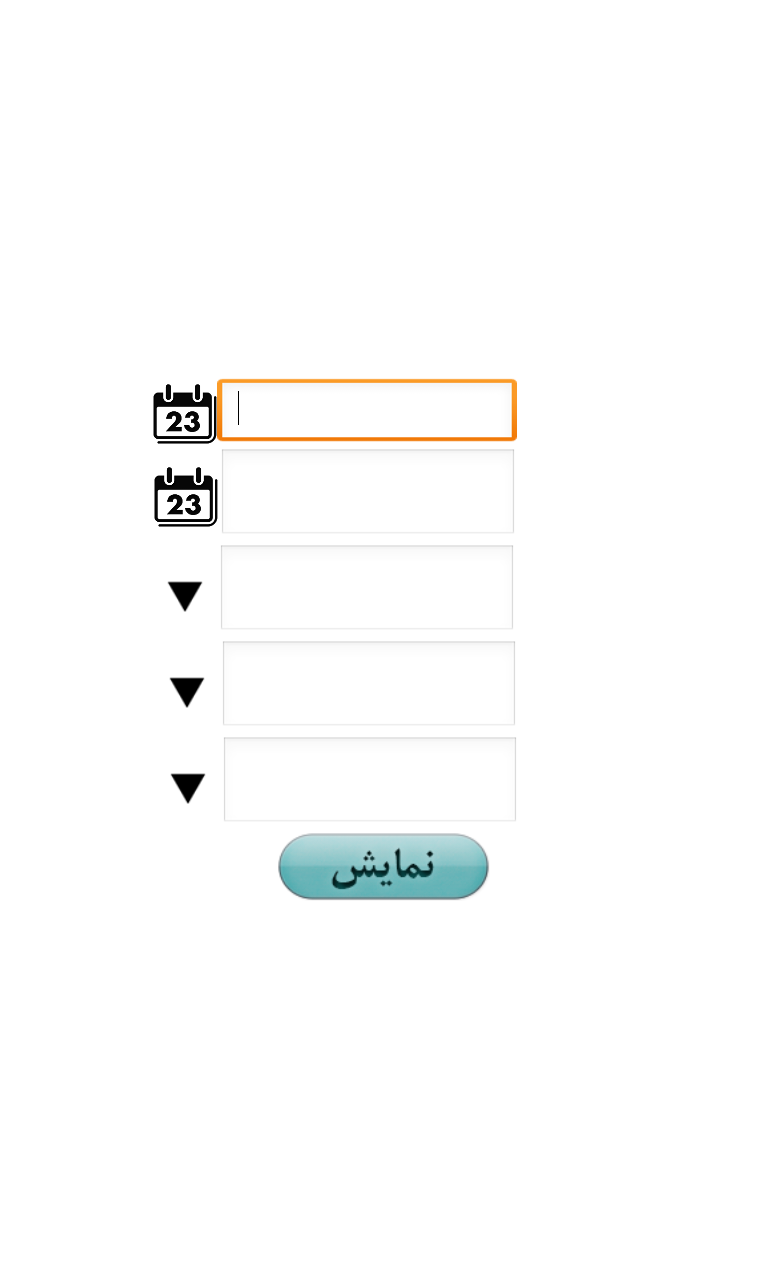
Repository: AtiehPardaz/Reports-Mobile
Layout: Reportsmobile/res/layout/frg_forosh_faktor.xml
An editor plug-in stored every save of this project. The layout is shown before and after the next save, followed by the edit.
It is drawn on a 768 x 1280 px phone screen (xhdpi) without system bars, with theme Theme.behzad; the app's code is not run.

Above is the layout before, as saved 2015-03-10 13:50:47.

### Reportsmobile/res/layout/frg_forosh_faktor.xml
<LinearLayout xmlns:android="http://schemas.android.com/apk/res/android"
    android:layout_width="match_parent"
    android:layout_height="match_parent"
    android:layout_gravity="center"
    android:layout_weight="1"
    android:gravity="center"
    android:orientation="vertical" >

    <LinearLayout
        android:layout_width="wrap_content"
        android:layout_height="wrap_content"
        android:gravity="right" >

        <ImageButton
            android:id="@+id/imgbtn_underline_faktor_forosh"
            android:layout_width="32dp"
            android:layout_height="32dp"
            android:layout_gravity="center"
            android:background="@drawable/ic_action_date" />

        <EditText
            android:id="@+id/et_fromdate_forosh"
            android:layout_width="150dp"
            android:layout_height="35dp"
            android:layout_gravity="center"
            android:inputType="date" >

            <requestFocus />
        </EditText>

        <TextView
            android:id="@+id/TextView01"
            android:layout_width="wrap_content"
            android:layout_height="wrap_content"
            android:layout_gravity="right|center"
            android:gravity="right"
            android:text="از تاریخ:  "
            android:textAppearance="?android:attr/textAppearanceLarge"
            android:textColor="#ffffff"
            android:textSize="14sp" />

    </LinearLayout>

        <LinearLayout
            android:layout_width="wrap_content"
            android:layout_height="wrap_content"
            android:gravity="right" >

            <ImageButton
                android:id="@+id/imgbtn_todatecustomer_forosh"
                android:layout_width="32dp"
                android:layout_height="32dp"
                android:layout_gravity="center"
                android:background="@drawable/ic_action_date" />

            <EditText
                android:id="@+id/et_todate_forosh"
                android:layout_width="150dp"
                android:layout_height="wrap_content"
                android:layout_gravity="center"
                android:inputType="date" />

            <TextView
                android:id="@+id/tv_todate_forosh"
                android:layout_width="wrap_content"
                android:layout_height="wrap_content"
                android:layout_gravity="right|center"
                android:gravity="right"
                android:text="تا تاریخ:  "
                android:textAppearance="?android:attr/textAppearanceLarge"
                android:textColor="#ffffff"
                android:textSize="14sp" />

        </LinearLayout>

        <LinearLayout
            android:layout_width="wrap_content"
            android:layout_height="wrap_content"
            android:gravity="right" >

            <ImageButton
                android:id="@+id/imgbtn_customer_forosh"
               android:layout_width="32dp"
                android:layout_height="32dp"
                android:layout_gravity="center"
                android:background="@drawable/down" />

            <EditText
                android:id="@+id/et__customer_forosh"
                android:layout_width="150dp"
                android:layout_height="wrap_content"
                android:layout_gravity="center"
                android:inputType="date" />

            <TextView
                android:id="@+id/tv__customer_forosh"
                android:layout_width="wrap_content"
                android:layout_height="wrap_content"
                android:layout_gravity="right|center"
                android:gravity="right"
                android:text="مشتری:   "
                android:textAppearance="?android:attr/textAppearanceLarge"
                android:textColor="#ffffff"
                android:textSize="14sp" />

        </LinearLayout>

        <LinearLayout
            android:layout_width="wrap_content"
            android:layout_height="wrap_content"
            android:gravity="right" >

            <ImageButton
                android:id="@+id/imgbtn_bazaryab_forosh"
               android:layout_width="32dp"
                android:layout_height="32dp"
                android:layout_gravity="center"
                android:background="@drawable/down" />

            <EditText
                android:id="@+id/et__bazarya_forosh"
                android:layout_width="150dp"
                android:layout_height="wrap_content"
                android:layout_gravity="center"
                android:inputType="date" />

            <TextView
                android:id="@+id/tv__bazarya_forosh"
                android:layout_width="wrap_content"
                android:layout_height="wrap_content"
                android:layout_gravity="right|center"
                android:gravity="right"
                android:text="بازاریاب: "
                android:textAppearance="?android:attr/textAppearanceLarge"
                android:textColor="#ffffff"
                android:textSize="14sp" />

        </LinearLayout>

        <LinearLayout
            android:layout_width="wrap_content"
            android:layout_height="wrap_content"
            android:gravity="right" >

            <ImageButton
                android:id="@+id/imgbtn_foroshande_forosh"
                android:layout_width="32dp"
                android:layout_height="32dp"
                android:layout_gravity="center"
                android:background="@drawable/down" />

            <EditText
                android:id="@+id/et__foroshande_forosh"
                android:layout_width="150dp"
                android:layout_height="wrap_content"
                android:layout_gravity="center"
                android:inputType="date" />

            <TextView
                android:id="@+id/tv__foroshande_forosh"
                android:layout_width="wrap_content"
                android:layout_height="wrap_content"
                android:layout_gravity="right|center"
                android:gravity="right"
                android:text="فروشنده:"
                android:textAppearance="?android:attr/textAppearanceLarge"
                android:textColor="#ffffff"
                android:textSize="14sp" />

        </LinearLayout>

<ImageButton
    android:id="@+id/imgbtn_namayesh__faktor_forosh"
    android:layout_width="wrap_content"
    android:layout_height="wrap_content"
    android:background="@drawable/btnnamayesh"
    android:src="@drawable/btn_click" />

    </LinearLayout>

### Reportsmobile/res/drawable/btn_click.xml
<selector xmlns:android="http://schemas.android.com/apk/res/android">
<item android:state_focused="true" android:drawable="@drawable/btnclick"/>
<item android:state_pressed="true" android:drawable="@drawable/btnclick" />

</selector>

Loaded but not shown: Reportsmobile/res/values/styles.xml (common file)

After the next save:
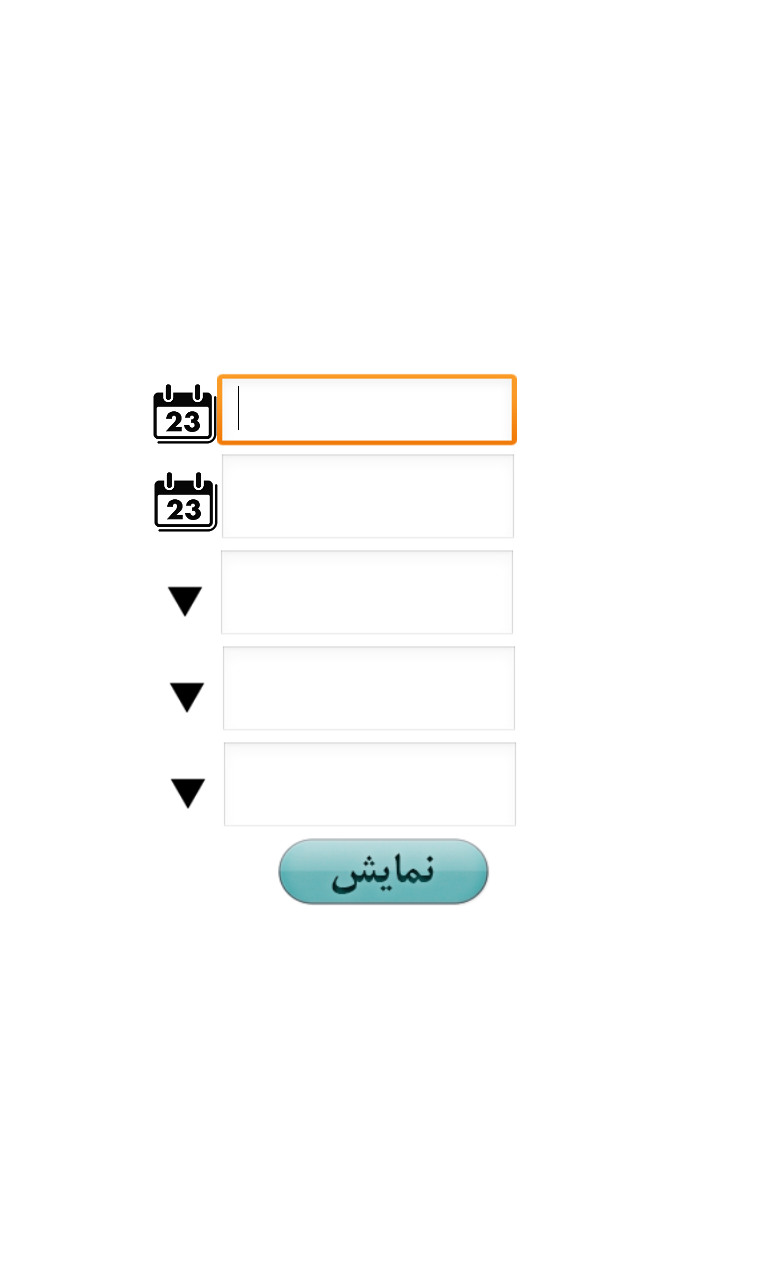
Saved 21 s later.
--- a/Reportsmobile/res/layout/frg_forosh_faktor.xml
+++ b/Reportsmobile/res/layout/frg_forosh_faktor.xml
@@ -21,7 +21,7 @@
         <EditText
             android:id="@+id/et_fromdate_forosh"
             android:layout_width="150dp"
-            android:layout_height="35dp"
+            android:layout_height="40dp"
             android:layout_gravity="center"
             android:inputType="date" >
 
